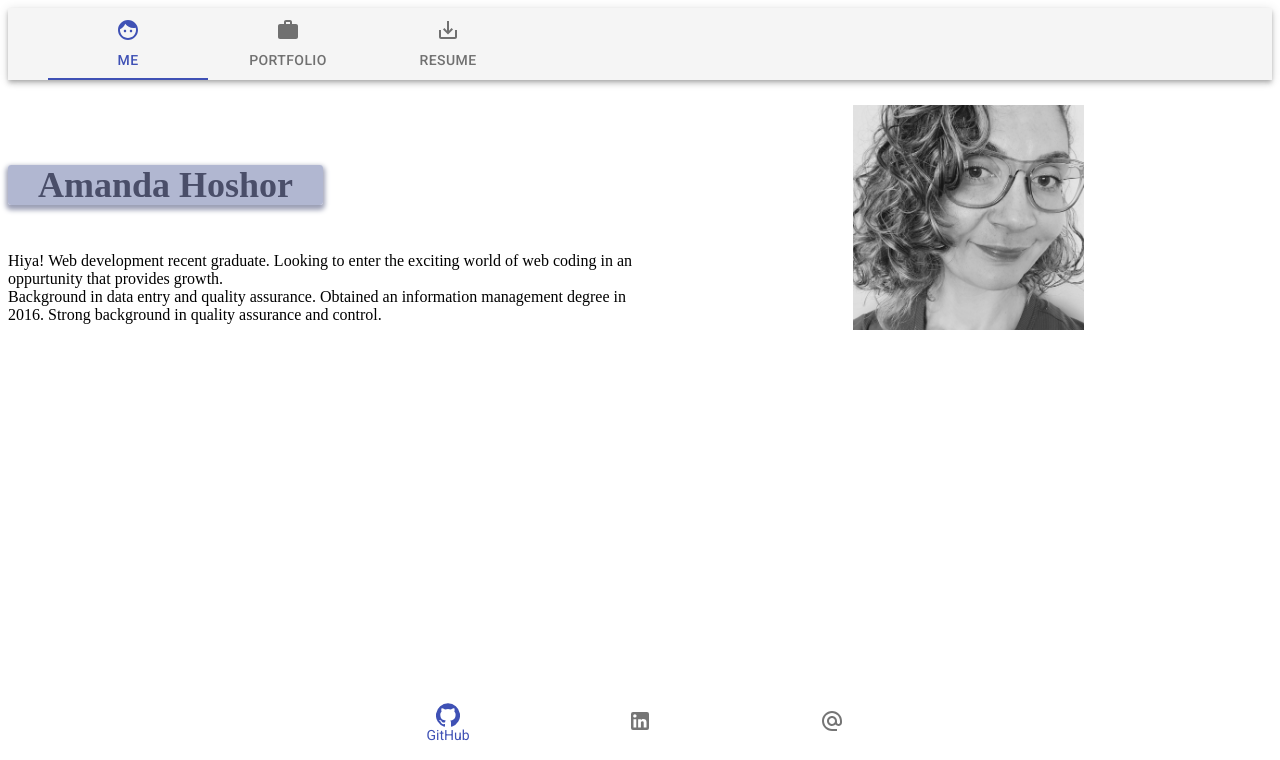
Repository: mandahos/hoshor
Page: /
An editor plug-in stored every save of this project. The page is shown before and after the next save, followed by the edit.
The browser window is 1280 px wide. The pictures show the whole page.
The project was rebuilt for these pictures with package versions that can differ from the ones it lists, and the page was loaded fresh each time. Also part of the build but not shown: src/components/Portfolio/index.js, src/components/Resume/index.js. Imported but missing from the stored project, and not drawn on this page: src/assets/resume/Amanda_Hoshor_Resume.PDF, src/assets/resume/Resume_Hoshor (1).pdf.

Above is the page before, as saved 2021-08-22 08:33:38.

### public/index.html
<!DOCTYPE html>
<html lang="en">
  <head>
    <meta charset="utf-8" />
    <link rel="icon" href="%PUBLIC_URL%/favicon.ico" />
    <meta name="viewport" content="width=device-width, initial-scale=1" />
    <meta name="theme-color" content="#000000" />
    <meta
      name="description"
      content="Web site created using create-react-app"
    />
    <link rel="apple-touch-icon" href="%PUBLIC_URL%/logo192.png" />
    <link rel="stylesheet" href="https://fonts.googleapis.com/css?family=Roboto:300,400,500,700&display=swap" />

    <!--
      manifest.json provides metadata used when your web app is installed on a
      user's mobile device or desktop. See https://developers.google.com/web/fundamentals/web-app-manifest/
    -->

    <link rel="stylesheet" href="https://fonts.googleapis.com/icon?family=Material+Icons" />
    <link rel="manifest" href="%PUBLIC_URL%/manifest.json" />
    <!--
      Notice the use of %PUBLIC_URL% in the tags above.
      It will be replaced with the URL of the `public` folder during the build.
      Only files inside the `public` folder can be referenced from the HTML.

      Unlike "/favicon.ico" or "favicon.ico", "%PUBLIC_URL%/favicon.ico" will
      work correctly both with client-side routing and a non-root public URL.
      Learn how to configure a non-root public URL by running `npm run build`.
    -->
    <title>Hoshor</title>
  </head>
  <body>
    <noscript>You need to enable JavaScript to run this app.</noscript>
    <div id="root"></div>
    <!--
      This HTML file is a template.
      If you open it directly in the browser, you will see an empty page.

      You can add webfonts, meta tags, or analytics to this file.
      The build step will place the bundled scripts into the <body> tag.

      To begin the development, run `npm start` or `yarn start`.
      To create a production bundle, use `npm run build` or `yarn build`.
    -->
  </body>
</html>

### src/index.js
import React from 'react';
import ReactDOM from 'react-dom';
import './css/styles.css';
import App from './App';

ReactDOM.render(
  <React.StrictMode>
    <App />

  </React.StrictMode>,
  document.getElementById('root')
);

// If you want to start measuring performance in your app, pass a function
// to log results (for example: reportWebVitals(console.log))
// or send to an analytics endpoint. Learn more: https://bit.ly/CRA-vitals

### src/css/styles.css
.App {
  font-family: Arial, Helvetica, sans-serif;
  text-align: center;
  background-color: #7A6174;
  color: white
}
h1 {
  font-size: 48px;

}
h2 {
  font-size: 14px
}
.About {
  font-family: Cambria, Cochin, Georgia, Times, 'Times New Roman', serif
}
h3 {
  text-align: left;
}

p {
  text-align: left;
}

### src/App.js
import React, { useState } from "react";
import "./css/styles.css";
import  Navigation from "./components/Navigation";
import  Footer  from "./components/Footer";
import { makeStyles } from '@material-ui/core/styles';


// import background from "./assets/images/plug.png"


export default function App() {

  return (
    <div >
      <Navigation />



        <Footer />
    </div>
  )
}

### src/components/Navigation/index.js
import React from 'react';
import PropTypes from 'prop-types';
import { makeStyles } from '@material-ui/core/styles';
import AppBar from '@material-ui/core/AppBar';
import Tabs from '@material-ui/core/Tabs';
import Tab from '@material-ui/core/Tab';

import FaceIcon from '@material-ui/icons/Face';
import WorkIcon from '@material-ui/icons/Work';
import SaveAltIcon from '@material-ui/icons/SaveAlt';

import Typography from '@material-ui/core/Typography';
import Box from '@material-ui/core/Box';

import Me from '../Me/index'
import Portfolio from '../Portfolio/index'
import Resume from '../Resume/index'

function TabPanel(props) {
  const { children, value, index, ...other } = props;

  return (
    <div
      role="tabpanel"
      hidden={value !== index}
      id={`scrollable-force-tabpanel-${index}`}
      aria-labelledby={`scrollable-force-tab-${index}`}
      {...other}
    >
      {value === index && (
        <Box p={3}>
          <Typography>{children}</Typography>
        </Box>
      )}
    </div>
  );
}

TabPanel.propTypes = {
  children: PropTypes.node,
  index: PropTypes.any.isRequired,
  value: PropTypes.any.isRequired,
};

function a11yProps(index) {
  return {
    id: `scrollable-force-tab-${index}`,
    'aria-controls': `scrollable-force-tabpanel-${index}`,
  };
}

const useStyles = makeStyles((theme) => ({
  root: {
    flexGrow: 1,
    width: '100%',
    backgroundColor: theme.palette.background.paper,
  },
}));

export default function ScrollableTabsButtonForce() {
  const classes = useStyles();
  const [value, setValue] = React.useState(0);

  const handleChange = (event, newValue) => {
    setValue(newValue);
  };


  return (
    <>
      <div className={classes.root}>
        <AppBar position="static" color="default">
          <Tabs
            value={value}
            onChange={handleChange}
            variant="scrollable"
            scrollButtons="on"
            indicatorColor="primary"
            textColor="primary"
            aria-label="scrollable force tabs example"
          >

            <Tab label="Me" icon={<FaceIcon />} {...a11yProps(0)} />
            <Tab label="Portfolio" icon={<WorkIcon />} {...a11yProps(1)} />
            <Tab label="Resume" icon={<SaveAltIcon />} {...a11yProps(2)} />
          </Tabs>
        </AppBar>


        {value === 0 && <Me />}
        {value === 1 && <Portfolio />}
        {value === 2 && <Resume />}

      </div>
    </>
  );
}

### src/components/Footer/index.js
import React from 'react';
import { makeStyles } from '@material-ui/core/styles';
import BottomNavigation from '@material-ui/core/BottomNavigation';
import BottomNavigationAction from '@material-ui/core/BottomNavigationAction';
import LinkedInIcon from '@material-ui/icons/LinkedIn';
import GitHubIcon from '@material-ui/icons/GitHub';
import AlternateEmailIcon from '@material-ui/icons/AlternateEmail';
import CSS from './footer.css'

const useStyles = makeStyles({
  root: {
    width: 500,


  },
});

export default function LabelBottomNavigation() {
  const footer = useStyles();
  const [value, setValue] = React.useState('recents');

  const handleChange = (event, newValue) => {
    setValue(newValue);
  };

  return (
    <BottomNavigation value={value} onChange={handleChange} className={footer}>
      <BottomNavigationAction a href="https://github.com/mandahos" label="GitHub" value="recents" icon={<GitHubIcon />} />
      <BottomNavigationAction a href="https://www.linkedin.com/in/amanda-hoshor/" label="LinkedIn" value="favorites" icon={<LinkedInIcon />} />
      <BottomNavigationAction a href="mailto:hoshor.manda@gmail.com" label="Email" value="nearby" icon={<AlternateEmailIcon />} />

    </BottomNavigation>
  );
}

### src/components/Me/index.js
import React from 'react';
import {
  Container,
  Stack,
  Flex,
  Box,
  Heading,
  Text,
  Image

} from '@chakra-ui/react';
import { makeStyles } from '@material-ui/core/styles';


import picture from '../../assets/images/portfolio.jpg'

const useStyles = makeStyles({
  header: {
    background: '#b1b7d1',
    border: 0,
    borderRadius: 3,
    boxShadow: '0 3px 5px 2px #9b9fb5',

    color: '#4a4e69',
    height: 48,
    padding: '0 30px',

  },
  image: '#b1b7d1',
    border: 0,
    borderRadius: 3,
    boxShadow: '0 3px 5px 2px #9b9fb5',

    color: '#4a4e69',
    height: 48,
    padding: '30px',
});

const Me = () => {
  const classes = useStyles();
  return (

    <Container maxW={'7xl'} >
      <Stack
        align={'center'}
        spacing={{ base: 8, md: 10 }}
        py={{ base: 20, md: 28 }}
        direction={{ base: 'column', md: 'row' }}
        >

        <Stack flex={1} spacing={{ base: 5, md: 10 }}>
          <Heading
            lineHeight={1.1}
            fontWeight={800}
            fontSize={36}

            >
            <Text
              as={'span'}
              position={'relative'}
              _after={{
                content: "''",
                width: 'full',
                height: '80%',
                position: 'absolute',
                bottom: 1,
                left: 0,
                bg: 'red.400',
                zIndex: -1,


              }}
              className={classes.header}>
              Amanda Hoshor
            </Text>
            <br />

          </Heading>
          <Text color={'black.500'}>
            Hiya! Web development recent graduate. Looking to enter the exciting world of web coding in an oppurtunity that provides growth.
            <br/>
            Background in data entry and quality assurance. Obtained an information management degree in 2016. Strong background in quality assurance and control.
          </Text>
          <Stack
            spacing={{ base: 4, sm: 6 }}
            direction={{ base: 'column', sm: 'row' }}>

          </Stack>
        </Stack>
        <Flex
          flex={1}
          justify={'center'}
          align={'center'}
          position={'relative'}
          w={'full'}>

          <Box
            position={'relative'}
            height={'300px'}
            rounded={'2xl'}
            boxShadow={'2xl'}
            width={'full'}
            overflow={'hidden'}>

            <Image
              alt={'Me'}
              fit={'cover'}
              align={'center'}
              padding={'25px'}
              w={'100%'}
              h={'75%'}
              src={
                picture
              }

            />
          </Box>
        </Flex>
      </Stack>
    </Container>
  );
}

export default Me;

### src/components/Footer/footer.css
.root {
    display: block;
    margin-left: auto;
    margin-right: auto;
    margin-top: 25%;
    justify-content: center;
    position: relative;
    bottom: 0;

}

After the next save:
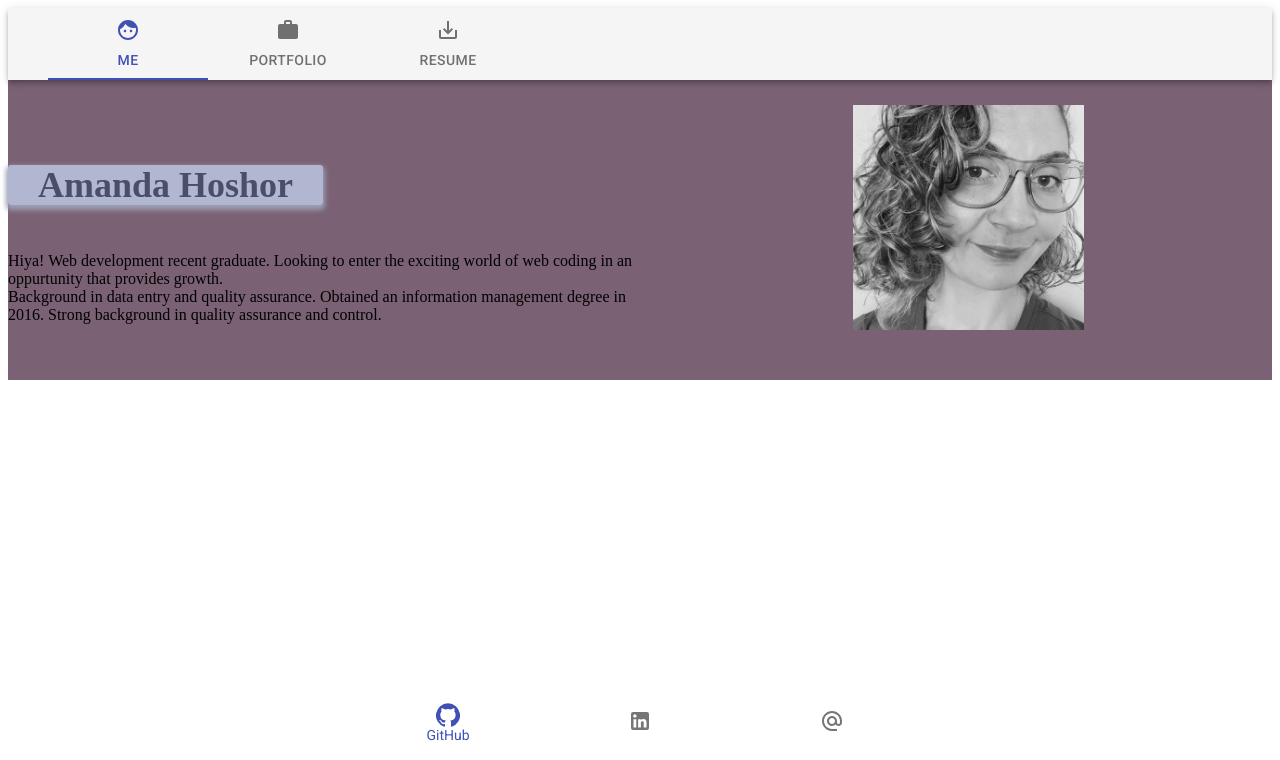
Saved 53 s later.
--- a/src/components/Navigation/index.js
+++ b/src/components/Navigation/index.js
@@ -53,7 +53,7 @@ const useStyles = makeStyles((theme) => ({
   root: {
     flexGrow: 1,
     width: '100%',
-    backgroundColor: theme.palette.background.paper,
+    backgroundColor: '#7a6174',
   },
 }));
 
